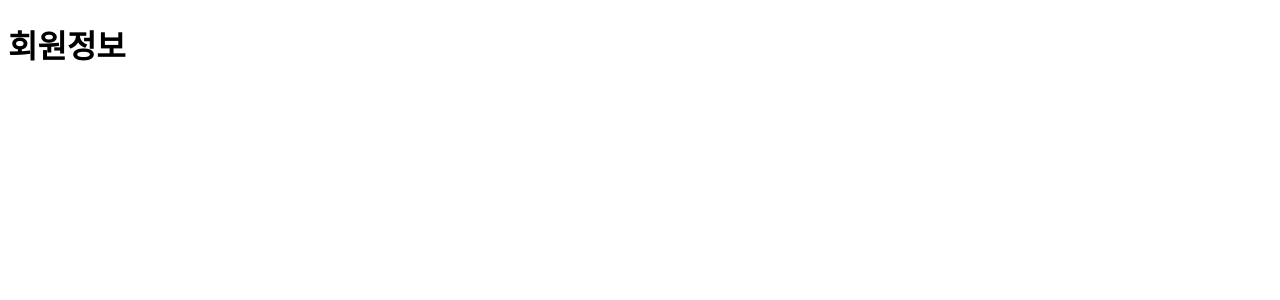
Repository: sgnq008-tech/JSP
Page: http://localhost/WebProject/test/memberForm.jsp
The author's editor kept a copy of each file at every save. The page is drawn from the files as they stood at one save, then again after the next save.
The browser window is 1280 px wide. The pictures show the whole page.
The page is served by Tomcat 9.

Above is the page before, as saved 2026-09-08 01:13:33.

After the next save:
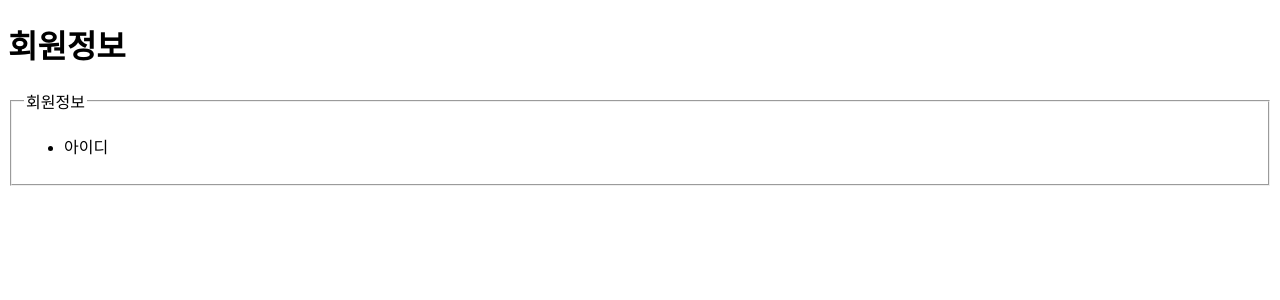
Saved 79 s later.
--- a/jsp_workspace/WebProject/src/main/webapp/test/memberForm.jsp
+++ b/jsp_workspace/WebProject/src/main/webapp/test/memberForm.jsp
@@ -9,7 +9,15 @@
 <body>
 <h1>회원정보</h1>
 <form action="/test/member" method="post">
+            <fieldset>
+                        <legend>회원정보</legend>
+                        <ul>
+                              <li>
+                                       <label>아이디</label>
 
+                              </li>
+                        </ul>
+</fieldset>
 
 </form>
 </body>
